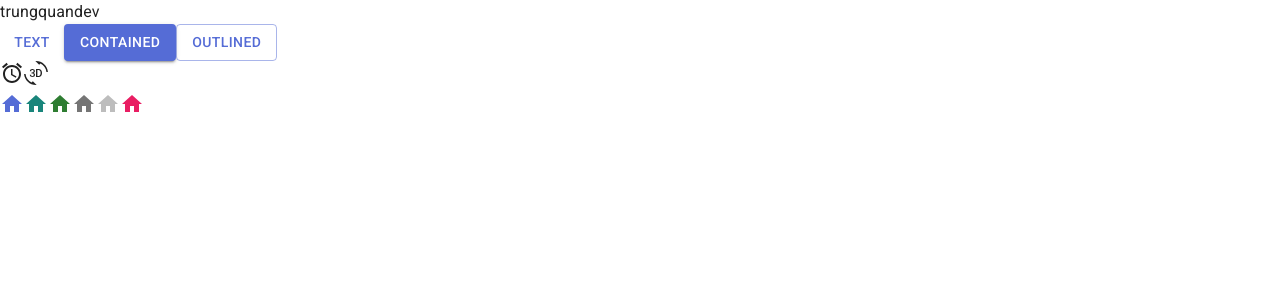
Repository: VoPhamKhanhTruong/trello-web
Page: /
The author's editor kept a copy of each file at every save. The page is drawn from the files as they stood at one save, then again after the next save.
The browser window is 1280 px wide. The pictures show the whole page.
The project was rebuilt for these pictures with package versions that can differ from the ones it lists, and the page was loaded fresh each time. Also part of the build but not shown: vite.config.js.

Above is the page before, as saved 2024-08-07 10:53:19.

### src/main.jsx
import React from 'react'
import ReactDOM from 'react-dom/client'
import App from './App.jsx'
import CssBaseline from '@mui/material/CssBaseline'
import { ThemeProvider } from '@mui/material/styles'
import theme from './theme'

ReactDOM.createRoot(document.getElementById('root')).render(
  <React.StrictMode>
    <ThemeProvider theme={theme}>
      <CssBaseline />
      <App />
    </ThemeProvider>
  </React.StrictMode>
)

### src/App.jsx
import Button from '@mui/material/Button'
import AccessAlarmIcon from '@mui/icons-material/AccessAlarm'
import ThreeDRotation from '@mui/icons-material/ThreeDRotation'
import HomeIcon from '@mui/icons-material/Home'
import { pink } from '@mui/material/colors'
import { Typography } from '@mui/material/Typography'
function App() {
  return (
    <>
      <div>trungquandev</div>
      <Button variant="text">Text</Button>
      <Button variant="contained">Contained</Button>
      <Button variant="outlined">Outlined</Button>

      <br />

      <AccessAlarmIcon />
      <ThreeDRotation />

      <br />
      <HomeIcon color="primary" />
      <HomeIcon color="secondary" />
      <HomeIcon color="success" />
      <HomeIcon color="action" />
      <HomeIcon color="disabled" />
      <HomeIcon sx={{ color: pink[500] }} />
    </>
  )
}

export default App

### src/theme.js
import { createTheme } from '@mui/material/styles'
import { red } from '@mui/material/colors'

// Create a theme instance.
const theme = createTheme({
  palette: {
    mode:'light',
    primary: {
      main: '#556cd6'
    },
    secondary: {
      main: '#19857b'
    },
    error: {
      main: red.A400
    },
    text: {
      secondary: red[500]
    }
  }
})

export default theme

Loaded but not shown: index.html (common file)

After the next save:
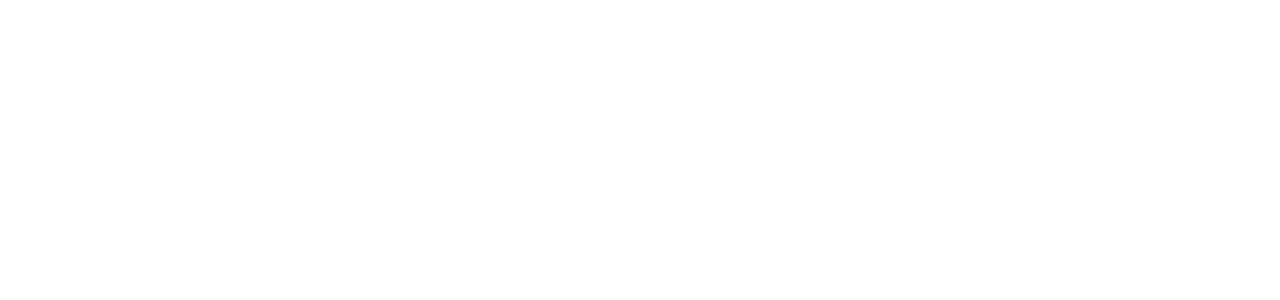
Console error (its wording comes from the project's code and is left out).
Saved 31 s later.
--- a/src/App.jsx
+++ b/src/App.jsx
@@ -8,6 +8,9 @@
   return (
     <>
       <div>trungquandev</div>
+
+      <Typography variant="h1">Hello, world!</Typography>
+
       <Button variant="text">Text</Button>
       <Button variant="contained">Contained</Button>
       <Button variant="outlined">Outlined</Button>

After the 3 saves that followed:
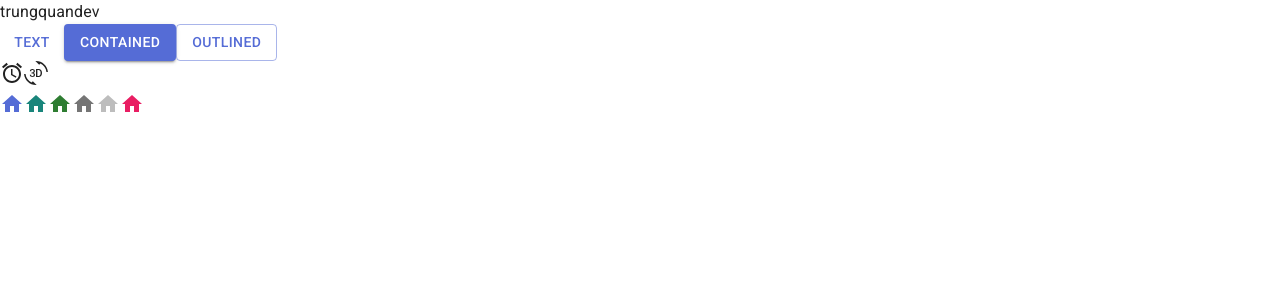
The error is gone.
The 3 saves are shown as one change because 2 left the picture as it was.
The last was saved 55 s later.
--- a/src/App.jsx
+++ b/src/App.jsx
@@ -3,13 +3,13 @@
 import ThreeDRotation from '@mui/icons-material/ThreeDRotation'
 import HomeIcon from '@mui/icons-material/Home'
 import { pink } from '@mui/material/colors'
-import { Typography } from '@mui/material/Typography'
+// import { Typography } from '@mui/material/Typography'
 function App() {
   return (
     <>
       <div>trungquandev</div>
 
-      <Typography variant="h1">Hello, world!</Typography>
+      {/* <Typography variant="body2" color="text.secondary">Test Typography</Typography> */}
 
       <Button variant="text">Text</Button>
       <Button variant="contained">Contained</Button>
